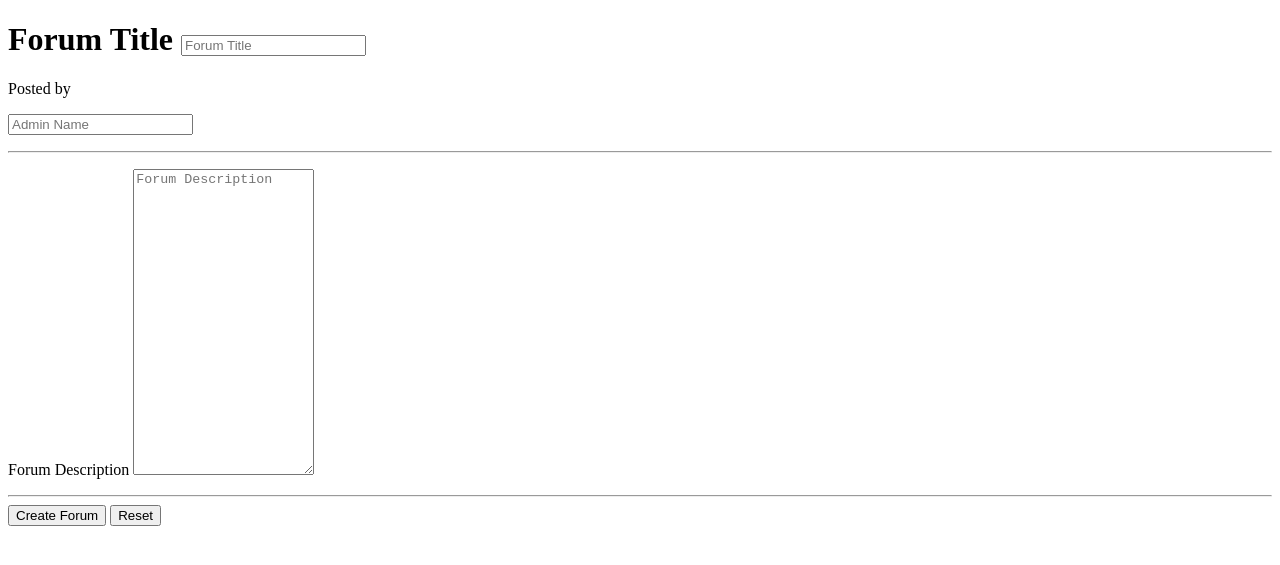
Repository: Indurupi/FriendZone
Page: FriendZoneFrontEnd/WebContent/createforum.html
These files come from the project's save history. The page is drawn as it stood at one moment and after the next save; the edit follows.
The browser window is 1280 px wide. The pictures show the whole page.

Above is the page before, as saved 2017-03-18 15:42:32.

### FriendZoneFrontEnd/WebContent/createforum.html
<!DOCTYPE html>
<html lang="en">
<meta charset="ISO-8859-1">
<head>

<meta charset="utf-8">
<meta http-equiv="X-UA-Compatible" content="IE=edge">
<meta name="viewport" content="width=device-width, initial-scale=1">
<meta name="description" content="">
<meta name="author" content="">

<title>FriendZone</title>

<!-- HTML5 Shim and Respond.js IE8 support of HTML5 elements and media queries -->
<!-- WARNING: Respond.js doesn't work if you view the page via file:// -->
<!--[if lt IE 9]>
        <script src="https://oss.maxcdn.com/libs/html5shiv/3.7.0/html5shiv.js"></script>
        <script src="https://oss.maxcdn.com/libs/respond.js/1.4.2/respond.min.js"></script>
        <![endif]-->

<style type="text/css">
.form-control:focus {
	border: 2px solid #009688;
}
</style>

</head>

<body ng-app="friendzoneApp">


	<!-- Page Content -->
	<div class="container" ng-controller="forumcontroller as forumc">

		<div class="row">

			<!-- forum Post Content Column -->
			<div class="col-lg-8">
				<form ng-submit="forumc.submit()" method="post">

					<!-- Forum Post -->

					<!-- Title -->
					<h1>
						<div class="form-group">
							<label>Forum Title</label> <input type="text"
								class="form-control" placeholder="Forum Title"
								ng-model="forumc.forum.forumTitle">
						</div>
					</h1>

					<!-- Author -->
					<p class="lead">Posted by
					<div class="form-group">
						<input type="text" class="form-control" placeholder="Admin Name"
							ng-model="forumc.forum.postedBy" />
					</div>
					</p>

					<hr>

					<div class="form-group">
						<p class="lead ">Forum Description
						<textarea class="form-control" rows="20"
							placeholder="Forum Description"
							ng-model="forumc.forum.forumDescription"></textarea></p>
					</div>
					<hr>
					<button class="btn" id="custom-button" type="submit">Create
						Forum</button>
					<button class="btn" id="custom-button" ng-click="forumc.reset()"
						type="reset">Reset</button>
				</form>
			</div>

		</div>

	</div>
	<!-- /.container -->

</body>

</html>

After the next save:
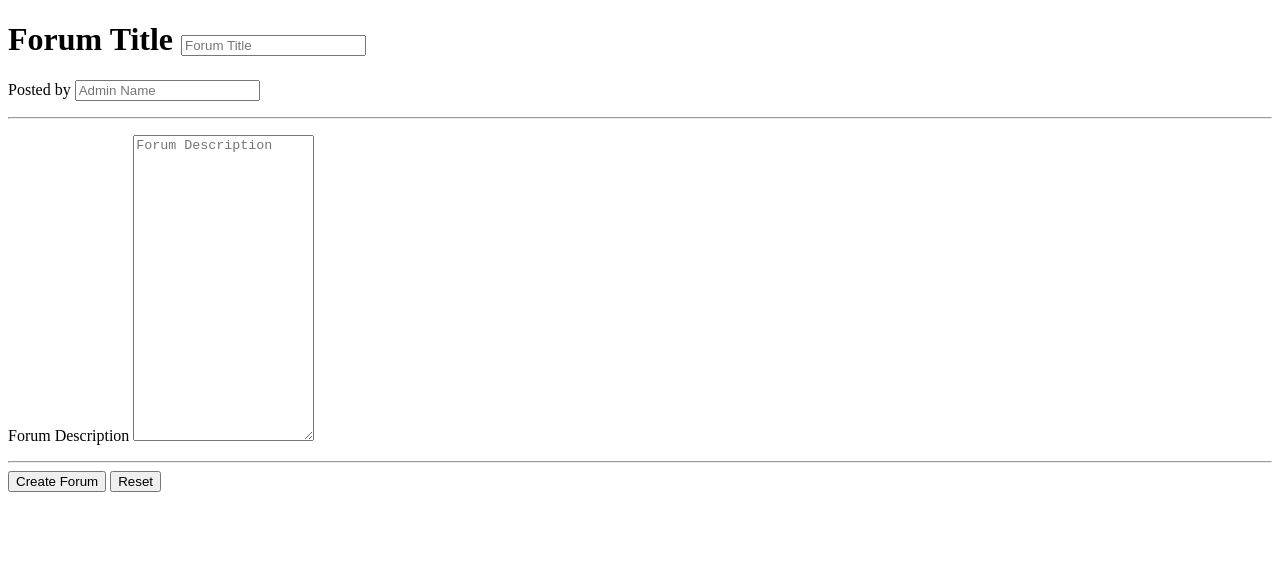
Saved 13 s later.
--- a/FriendZoneFrontEnd/WebContent/createforum.html
+++ b/FriendZoneFrontEnd/WebContent/createforum.html
@@ -50,12 +50,13 @@
 					</h1>
 
 					<!-- Author -->
+					<div class="form-group">
 					<p class="lead">Posted by
-					<div class="form-group">
+
 						<input type="text" class="form-control" placeholder="Admin Name"
 							ng-model="forumc.forum.postedBy" />
-					</div>
-					</p>
+
+					</p></div>
 
 					<hr>
 
